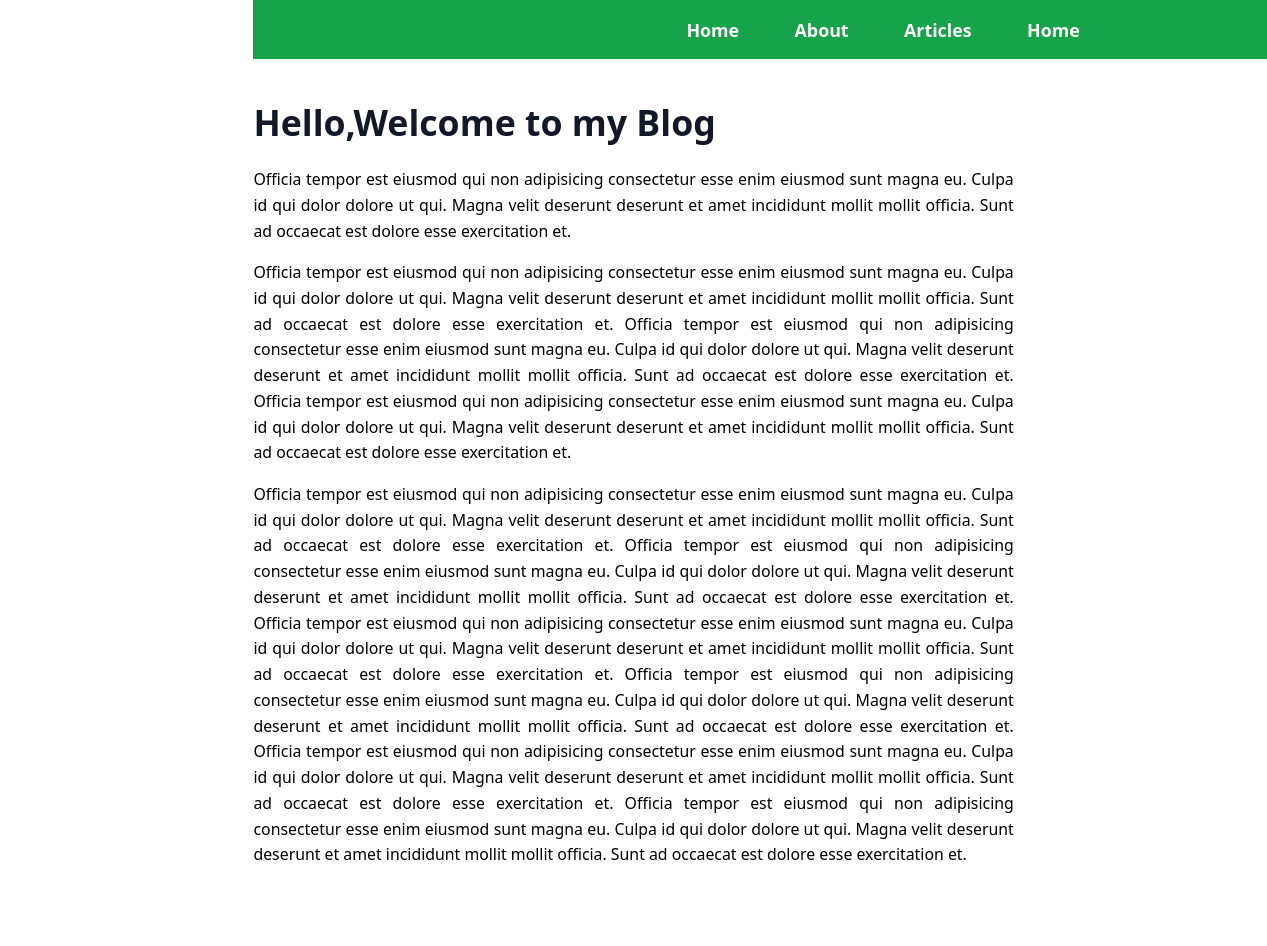
Repository: ymw0331/blog-mern-webapp
Page: / (app in client/)
An editor plug-in stored every save of this project. The page is shown before and after the next save, followed by the edit.
The browser window is 1280 px wide. The pictures show the whole page, at 99% of full size.
The project was rebuilt for these pictures with package versions that can differ from the ones it lists, and the page was loaded fresh each time. Also part of the build but not shown: client/src/pages/About.js, client/src/pages/Article.js, client/src/pages/ArticlesList.js.

Above is the page before, as saved 2022-12-10 19:52:19.

After the next save:
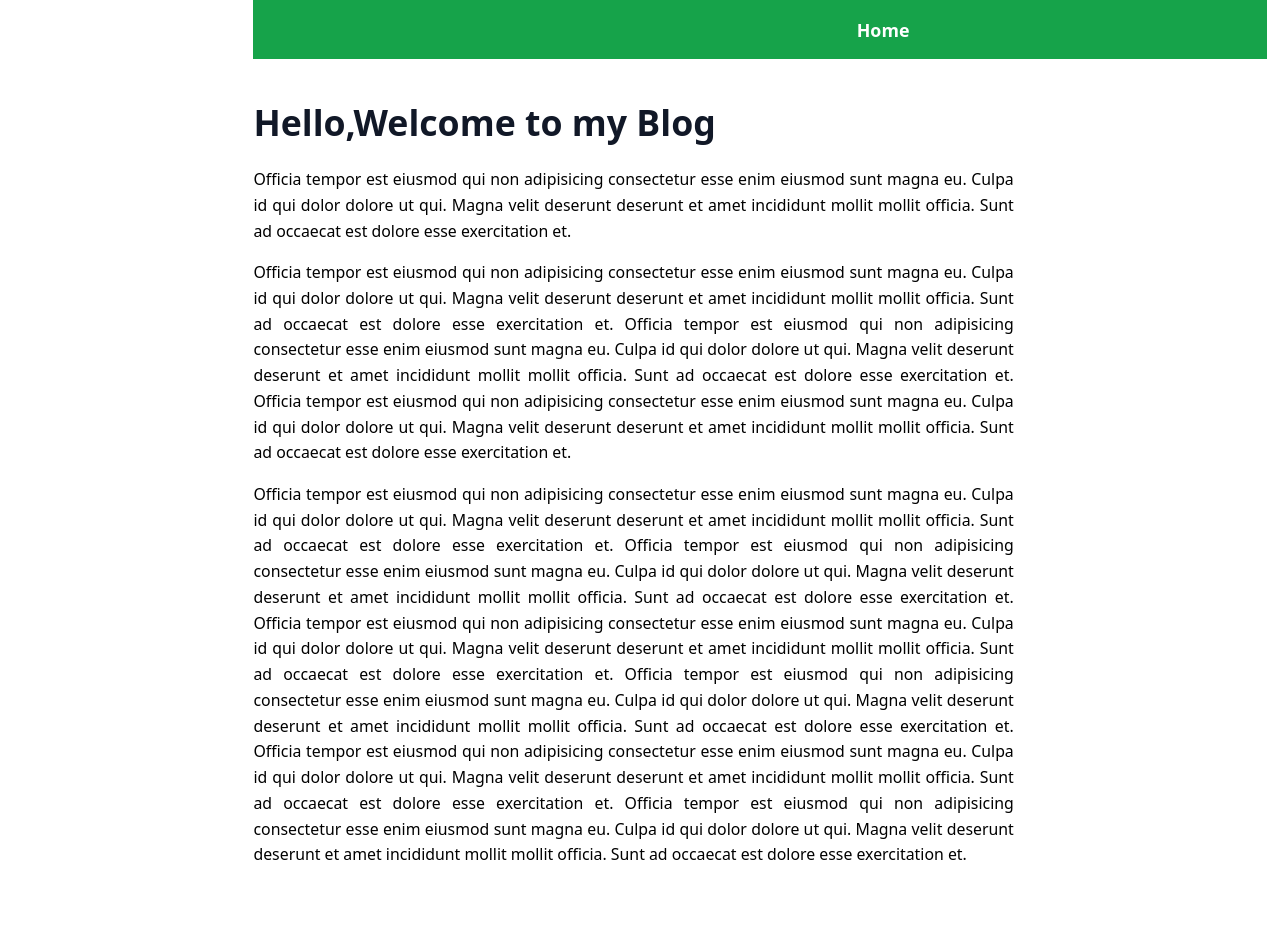
Saved 12 s later.
--- a/client/src/components/Navbar.js
+++ b/client/src/components/Navbar.js
@@ -10,21 +10,7 @@ const Navbar = () => {
             Home
           </Link>
         </li>
-        <li className='inline-block py-4'>
-          <Link to-to='/about' className='pl-6 pr-8'>
-            About
-          </Link>
-        </li>
-        <li className='inline-block py-4'>
-          <Link to-to='/articles' className='pl-6 pr-8'>
-            Articles
-          </Link>
-        </li>
-        <li className='inline-block py-4'>
-          <Link to-to='/' className='pl-6 pr-8'>
-            Home
-          </Link>
-        </li>
+
       </ul>
     </nav>
   );
